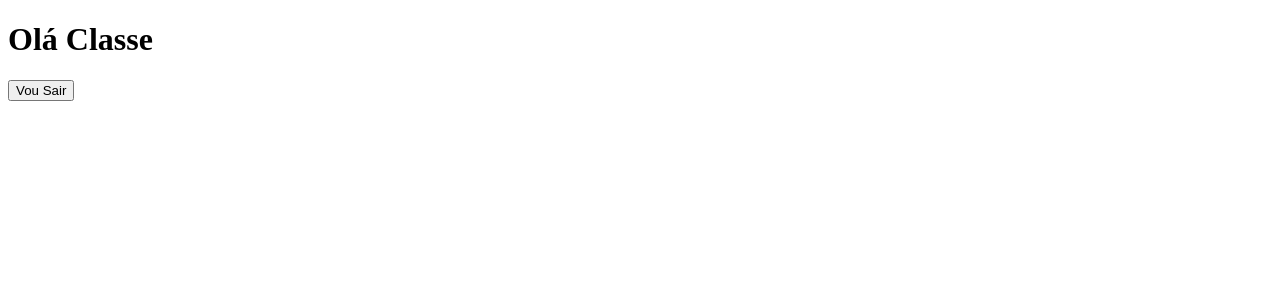
Repository: eversonps/react-fundamentos
Page: / (app in v4/)
These files come from the project's save history. The page is drawn as it stood at one moment and after the next save; the edit follows.
The browser window is 1280 px wide. The pictures show the whole page.
The project was rebuilt for these pictures with package versions that can differ from the ones it lists, and the page was loaded fresh each time.

Above is the page before, as saved 2022-03-24 17:00:32.

### v4/src/index.js
import ReactDOM from "react-dom"
import React from "react"
import Pai from "./componentes/Pai"
import ComponentClasse from "./componentes/ComponenteClasse"

const elemento = document.getElementById("root")
ReactDOM.render(
    <div>
        <ComponentClasse valor="Olá Classe"></ComponentClasse>
        <Pai></Pai>
    </div>,
    elemento
)

### v4/src/componentes/Pai.jsx
import React from "react";
import Filho from "./Filho";

export default props => {
    const notificarSaida = lugar => alert(`Liberado para ${lugar}`)

    return(
        <div>
            <Filho notificarSaida={notificarSaida}></Filho>
        </div>
    )
}

### v4/src/componentes/ComponenteClasse.jsx
import React, { Component } from "react"

export default class ComponentClasse extends Component{
    render(){
        return (
            <h1>{this.props.valor}</h1>
        )
    }
}

### v4/src/componentes/Filho.jsx
import React from "react";

export default props => (
    <div>
        <button onClick={() => props.notificarSaida("Praia")}>Vou Sair</button>
    </div>
)

Loaded but not shown: v4/public/index.html (common file)

After the next save:
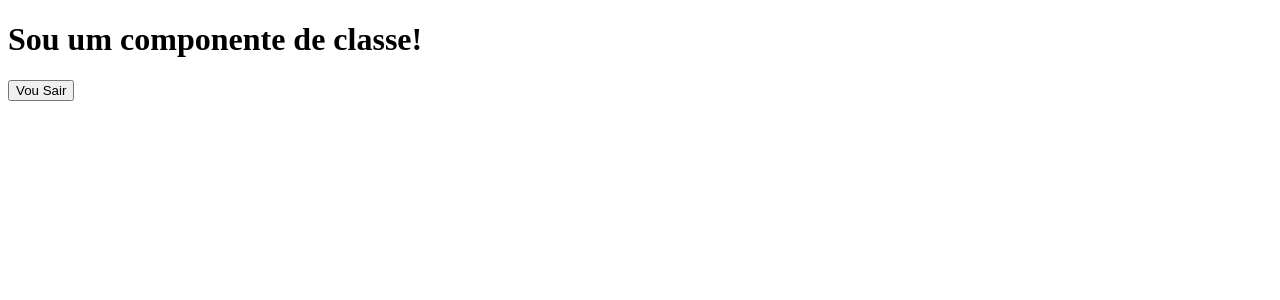
Saved 60 s later.
--- a/v4/src/index.js
+++ b/v4/src/index.js
@@ -6,7 +6,7 @@ import ComponentClasse from "./componentes/ComponenteClasse"
 const elemento = document.getElementById("root")
 ReactDOM.render(
     <div>
-        <ComponentClasse valor="Olá Classe"></ComponentClasse>
+        <ComponentClasse valor="Sou um componente de classe!"></ComponentClasse>
         <Pai></Pai>
     </div>,
     elemento
